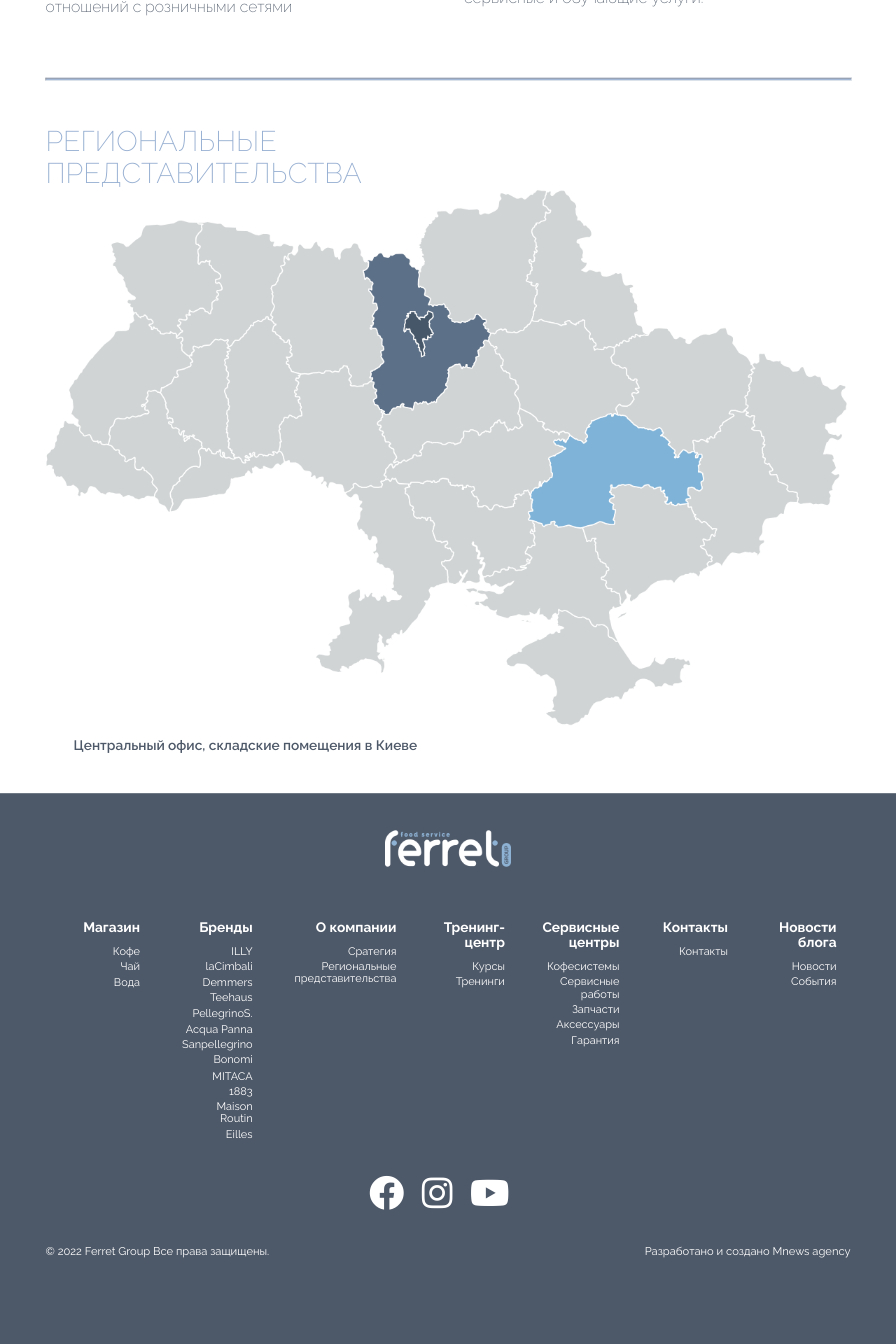
Repository: fanbear/ferret
Page: about.html
The author's editor kept a copy of each file at every save. The page is drawn from the files as they stood at one save, then again after the next save.
The browser window is 1280 px wide. The pictures show the part of the page from y = 1323 to 3243 px (the page is 3243 px tall), at 70% of full size.

Above is the page before, as saved 2022-02-03 14:09:22.

### about.html
<!DOCTYPE html>
<html lang="en">

<head>
    <meta charset="UTF-8">
    <meta http-equiv="X-UA-Compatible" content="IE=edge">
    <meta name="viewport" content="width=device-width, initial-scale=1.0">
    <title>Document</title>
    <link preload
        href="https://fonts.googleapis.com/css2?family=Raleway:ital,wght@0,100;0,200;0,300;0,400;0,500;0,600;0,700;0,800;1,100;1,200;1,300;1,400;1,500;1,600;1,700&display=swap"
        rel="stylesheet">

    <link rel="stylesheet" href="./css/normalize.css">
    <link rel="stylesheet" href="./css/critical.css">
    <link rel="stylesheet" href="./css/media.css">

</head>

<body>
    <header class="flex-container main__header">
        <div class="flex-row">
            <div class="main__header-wrapper">
                <div class="header__wrapper-logo">
                    <a href=""><img src="./img/logotype.png" alt="ferretGroup" width="180" height="52"></a>
                </div>
                <nav class="header__wrapper-menu">
                    <ul>
                        <li><a href="#">Магазин</a></li>
                        <li><a href="#">Бренды</a></li>
                        <li class="active"><a href="#">О компании</a></li>
                        <li><a href="#">Тренинг-центр</a></li>
                        <li><a href="#">Сервисные центры</a></li>
                        <li><a href="#">Контакты</a></li>
                        <li><a href="#">Новости</a></li>
                    </ul>
                </nav>
                <div class="header__wrapper-actions">
                    <div class="wrapper__actions-search">
                        <a href="#"><img src="./img/search.png" alt="Поиск" width="28" height="28"></a>
                    </div>
                    <div class="wrapper__actions-language">
                        <a href="#">En</a>
                        <a class="active" href="#">Ua</a>
                    </div>
                    <div class="wrapper__actions-busket">
                        <img src="./img/basket.png" alt="корзина" width="28" height="25">
                        <span>1</span>
                    </div>
                </div>
            </div>
        </div>
    </header>
    <main class="flex-container main__content">
        <section class="about__head" style="background-image: url('./img/about-bg.webp');">
            <div class="flex-row">
                <div class="about__head-title">
                    <h1>
                        <span>О КОМПАНИИ</span>
                        <strong>Ferret Group</strong>
                        <hr>
                    </h1>
                </div>
                <div class="about__head-desc">
                    ООО «Феррет Груп» – профессиональная сервисная компания
                    предоставляющая оптимальный бизнес-комплекс, который включает в себя всемирно-известные бренды.
                </div>
            </div>
        </section>
        <section class="about__body">
            <div class="flex-row">
                <div class="breadcrumbs">
                    <ul>
                        <!-- Breadcrumb NavXT 7.0.2 -->
                        <li class="home post post-page">
                            <a title="Перейти к web-heaven." href="#">Главная</a>
                        </li>
                        <li class="post post-page current-item">
                            <span class="post post-page current-item">О компании</span>
                        </li>
                    </ul>
                </div>
                <div class="about__body-desc">
                    <div class="about__desc-item">
                        <h2>СТРАТЕГИЯ</h2>
                        <p>Долгосрочное партнерство и взаимовыгодное сотрудничество в сегментах КаБаРе и Офисов по
                            направлению премиальных
                            продуктов: кофе, чай и минеральные воды. Работа в сегменте Ритейл, путем построения
                            долгосрочных и прозрачных отношений
                            с розничными сетями</p>
                    </div>
                    <div class="about__desc-item">
                        <h2>КОНЦЕПЦИЯ</h2>
                        <p>«Феррет Груп» предоставляет оптимальный бизнес-комплекс, который включает в себя
                            всемирно-известные бренды: illy,
                            S.Pellegrino, Acqua Panna, la Cimbali, Althaus, а также сопутствующие сервисные и обучающие
                            услуги.</p>
                    </div>
                </div>
                <hr class="about__body-line">
                <div class="about__body-map">
                    <div class="about__map-title">РЕГИОНАЛЬНЫЕ
                        ПРЕДСТАВИТЕЛЬСТВА</div>
                    <div class="about__map-img">
                        <img src="./img/map.png" alt="РЕГИОНАЛЬНЫЕ ПРЕДСТАВИТЕЛЬСТВА ferretGroup">
                    </div>
                    <div class="about__map-desc">
                        <ul>
                            <li>Центральный офис, складские помещения в Киеве</li>
                            <li>Региональный офис</li>
                            <li>Дистрибьюторская сеть во всех крупных населенных
                                пунктах Украины</li>
                        </ul>
                    </div>
                </div>
            </div>
        </section>
    </main>
    <footer class="flex-containe main__footer">
        <div class="flex-row">
            <div class="main__footer-logotype"><img src="./img/logotype.png" alt="ferretGroup" width="180" height="52">
            </div>
            <div class="main__footer-menu">
                <div class="footer__menu-item">
                    <div class="footer__menu-item__title">Магазин</div>
                    <ul class="footer__menu-item__list">
                        <li><a href="#">Кофе</a></li>
                        <li><a href="#">Чай</a></li>
                        <li><a href="#">Вода</a></li>
                    </ul>
                </div>
                <div class="footer__menu-item">
                    <div class="footer__menu-item__title">Бренды</div>
                    <ul class="footer__menu-item__list">
                        <li><a href="#">ILLY</a></li>
                        <li><a href="#">laCimbali</a></li>
                        <li><a href="#">Demmers</a></li>
                        <li><a href="#">Teehaus</a></li>
                        <li><a href="#">Pellegrino</a>S.</li>
                        <li><a href="#">Acqua Panna</a></li>
                        <li><a href="#">Sanpellegrino</a></li>
                        <li><a href="#">Bonomi</a></li>
                        <li><a href="#">MITACA</a></li>
                        <li><a href="#">1883</a></li>
                        <li><a href="#">Maison Routin</a></li>
                        <li><a href="#">Eilles</a></li>
                    </ul>
                </div>
                <div class="footer__menu-item">
                    <div class="footer__menu-item__title">О компании</div>
                    <ul class="footer__menu-item__list">
                        <li><a href="#">Сратегия</a></li>
                        <li><a href="#">Региональные представительства</a></li>
                    </ul>
                </div>
                <div class="footer__menu-item">
                    <div class="footer__menu-item__title">Тренинг-центр</div>
                    <ul class="footer__menu-item__list">
                        <li><a href="#">Курсы</a></li>
                        <li><a href="#">Тренинги</a></li>
                    </ul>
                </div>
                <div class="footer__menu-item">
                    <div class="footer__menu-item__title">Сервисные центры</div>
                    <ul class="footer__menu-item__list">
                        <li><a href="#">Кофесистемы</a></li>
                        <li><a href="#">Сервисные работы</a></li>
                        <li><a href="#">Запчасти</a></li>
                        <li><a href="#">Аксессуары</a></li>
                        <li><a href="#">Гарантия</a></li>
                    </ul>
                </div>
                <div class="footer__menu-item">
                    <div class="footer__menu-item__title">Контакты</div>
                    <ul class="footer__menu-item__list">
                        <li><a href="#">Контакты</a></li>
                    </ul>
                </div>
                <div class="footer__menu-item">
                    <div class="footer__menu-item__title">Новости блога</div>
                    <ul class="footer__menu-item__list">
                        <li><a href="#">Новости</a> </li>
                        <li><a href="#">События</a></li>
                    </ul>
                </div>
            </div>
            <div class="main__footer-social">
                <a href="#"><i class="fab fa-facebook"></i></a>
                <a href="#"><i class="fab fa-instagram"></i></a>
                <a href=""><i class="fab fa-youtube"></i></a>
            </div>
            <div class="main__footer-bottom">
                <div class="footer__bottom-item"><a href="#">© 2022 Ferret Group Все права защищены.</a></div>
                <div class="footer__bottom-item"><a href="#">Разработано и создано Mnews agency</a></div>
            </div>
        </div>



        <link rel="stylesheet" href="./css/main.css">
        <link rel="stylesheet" type="text/css" href="./css/slick.css" />
        <link preload rel="stylesheet" href="https://use.fontawesome.com/releases/v5.15.4/css/all.css"
            integrity="sha384-DyZ88mC6Up2uqS4h/KRgHuoeGwBcD4Ng9SiP4dIRy0EXTlnuz47vAwmeGwVChigm" crossorigin="anonymous">
        <script src="https://code.jquery.com/jquery-3.6.0.min.js"
            integrity="sha256-/xUj+3OJU5yExlq6GSYGSHk7tPXikynS7ogEvDej/m4=" crossorigin="anonymous"></script>
        <script src="https://ajax.googleapis.com/ajax/libs/jquery/1.12.3/jquery.min.js"></script>
        <script type="text/javascript" src="./js/slick.min.js"></script>

        <script src="./js/main.js"></script>
        <script>
            $(document).ready(function () {
                $('').slick({
                    slidesToShow: 1,
                    slidesToScroll: 1,
                    rows: 3,
                    slidesPerRow: 3,
                    // autoplay: true,
                    infinite: false,
                    autoplaySpeed: 2000,
                    prevArrow: "<button type='button' class='slick-prev pull-left'><span class='btn-arrow'></span></button>",
                    nextArrow: "<button type='button' class='slick-next pull-left'><span class='btn-arrow'></button>",
                });
            });
        </script>
    </footer>

</body>

</html>

### css/main.css
/* Стрелка в кнопках */
.btn-arrow {
    width: 56px;
    background: white;
    height: 2px;
    display: flex;
    margin-left: 12px;
    position: relative;
}

.btn-arrow::before {
    content: '';
    display: block;
    width: 10px;
    height: 2px;
    background: inherit;
    right: -1px;
    position: absolute;
    transform: rotate(45deg);
    top: -3px;
}

.btn-arrow::after {
    content: '';
    display: block;
    width: 10px;
    height: 2px;
    background: inherit;
    right: -1px;
    position: absolute;
    transform: rotate(-45deg);
    top: 3px;
}

/* Портфолио */
.main__text {
    height: 90px;
    width: 100%;
    background-color: #4d5868;
    display: flex;
    align-items: center;
}

.main__text-item {
    font-size: 2.4em;
}

.main__text-link {
    margin-top: 30px;
    border: 1px solid white;
    border-radius: 10px;
    padding: 13px 45px 11px 50px;
    max-width: 400px;
    margin: 0 auto;
}

.main__text-link a {
    font-size: 1.45em;
    display: flex;
    align-items: center;
}

.briefcase__item {
    background-size: cover;
    background-repeat: no-repeat;
    background-position: center;
    padding: 228px 0 172px 0;
}

.briefcase__item-right {
    display: flex;
    align-items: flex-end;
    flex-direction: column;
    margin: 0 right;
}

.briefcase__item-left {
    display: flex;
    align-items: flex-start;
    flex-direction: column;
    margin: 0 right;
}

.briefcase__item-title {
    font-size: 3.59em;
    font-weight: 600;
}

.briefcase__item-text {
    margin-top: 10px;
    font-size: 1.8em;
    max-width: 490px;
}

.briefcase__item-link {
    margin-top: 30px;
    border: 1px solid white;
    border-radius: 10px;
    padding: 16px 12px 12px 16px;
}

.briefcase__item-left .briefcase__item-link {
    margin-top: 60px;
}

.briefcase__item-link a {
    font-size: 1.45em;
    display: flex;
    align-items: center;
    font-weight: 700;
}

/* Про компанию */
.about {
    background-color: #8fb2d5;
}

.about__wrapper-item {
    display: flex;
    justify-content: space-between;
    flex: wrap;
}

.about__wrapper-text {
    flex: 1 1 50%;
    margin-right: 15px;
    padding: 85px 0 36px 0;
}

.about__wrapper-img {
    flex: 1 1 50%;
    margin-left: 15px;
    background-size: cover;
    background-repeat: no-repeat;
}


.about__wrapper-title {
    font-size: 2.4em;
    font-weight: bold;
    text-transform: uppercase;
}

.about__wrapper-desc {
    margin: 75px 0 46px 80px;
    font-size: 1.8em;
    color: #000000;
    font-weight: 300;
    word-break: break-all;
}

.about__wrapper-link {
    display: flex;
}

.about__wrapper-link a {
    border: 1px solid white;
    border-radius: 10px;
    padding: 24px 16px 18px 22px;
    display: flex;
    align-items: center;
    font-size: 1.8em;
    font-weight: 600;
}

/* Новости блога */
.blog__news {
    padding-top: 80px;
    padding-bottom: 120px;
}

.blog__news-text {
    display: flex;
    justify-content: space-between;
    align-items: center;
    margin-bottom: 43px;
}

.news-text__title {
    font-size: 2.3em;
    font-weight: 700;
    color: #4d5868;
    text-transform: uppercase;
}

.news-text__link a {
    color: #8fb2d5;
    font-size: 1.2em;
    display: flex;
    align-items: center;
}

.news-text__link span {
    background: #8fb2d5;
}

.slider__item {
    display: flex;
    flex-direction: column;
    align-items: center
}

.slider__item-image {
    width: 100%;
    height: 267px;
    display: flex;
    background-size: cover;
    background-repeat: no-repeat;
    background-position: center;
}

.slider__item-title {
    height: 115px;
    display: flex;
    align-items: center;
    padding: 0 20px;
    background: #4d5868;
    box-sizing: border-box;
    font-size: 1.2em;
    font-weight: 700;
    margin-top: -1px;
    /* word-break: break-all; */
}

.slider__item-text {
    height: 150px;
    border: 1px solid #4d5868;
    border-radius: 0 0px 10px 10px;
    box-sizing: border-box;
    padding: 10px 20px 0 20px;
    display: flex;
    flex-direction: column;
    justify-content: space-between;
    /* word-break: break-all; */
}

.slider__item-text p {
    color: #000000;
    font-size: 1.2em;
    font-weight: 300;
    margin: 0;
}

.slider__item-text-link {
    margin: 15px 0;

}

.slider__item-text-link a {
    height: 15px;
    display: flex;
    align-items: center;
}

.slider__item-text-link a span {
    background: #8fb2d5;
    margin: 0;

}

.blog__news-slider .slick-slide {
    margin: 0 15px;
}

.blog__news-slider .slick-list {
    margin: 0 -15px !important;
}

.blog__news-slider .slick-prev,
.blog__news-slider .slick-next {
    border: 0;
    position: absolute;
    top: calc(50% - 22px);
    height: 43px;
    width: 63px;
    background: #8fb2d5;
    display: flex;
    justify-content: center;
    align-items: center;
    z-index: 1;
    cursor: pointer;
}

.blog__news-slider .slick-prev {
    border-radius: 0 10px 10px 0;
}

.blog__news-slider .slick-next {
    right: 0;
    border-radius: 10px 0 0 10px;
}

.blog__news-slider .slick-prev span {
    margin: 0;
    transform: rotate(180deg);
}

.blog__news-slider .slick-next span {
    marign: 0;
}

/* Footer */
.main__footer {
    background: #4d5868;
    padding-bottom: 125px;
}

.main__footer-logotype {
    margin: 53px auto 73px auto;
}

.main__footer-menu {
    display: flex;
    justify-content: space-between;
}

.footer__menu-item {
    flex: 1 1 calc(100% / 7);
    padding-right: 20px;
}

.footer__menu-item__title {
    font-size: 1.4em;
    font-weight: bold;
    text-align: right;
}

.footer__menu-item__list li {
    list-style: none;
    text-align: right;
    font-size: 1.12em;
    margin-bottom: 5px;
}

.main__footer-social {
    display: flex;
    justify-content: center;
    align-items: center;
    margin-top: 35px;
    margin-bottom: 50px;
}

.main__footer-social a {
    margin-right: 25px;

}

.main__footer-social a i {
    font-size: 50px;
}

.main__footer-bottom {
    display: flex;
    justify-content: space-between;
    align-items: center;
}

.footer__bottom-item a {
    font-size: 1.14em;
}


/* Шаблон страницы бренда */
.brand__product-filter {
    margin-top: 90px;
    margin-bottom: 76px;
    display: flex;
    flex-wrap: wrap;
    margin-left: -33px;
    margin-right: -33px;
}

.filter__item {
    flex: 1 1 calc(100% / 3 - 66px);
    margin: 23px 33px;
    height: 105px;
    overflow-y: hidden;
    border-bottom: 1px solid #4d5868;
    transition: 0.3s ease-out;
}

.filter__item-title a {
    font-size: 1.8em;
    color: #4d5868;
    font-weight: 200;
}

.filter__item-active {
    border-bottom: 1px solid #98b0d2;
}

.filter__item-active a {
    color: #98b0d2;
    font-weight: 400;
    transition: 0.3s ease-out;
}

.filter__item:hover .filter__item-title a {
    color: #98b0d2;
    transition: 0.3s ease-in;
}

.filter__item:hover {
    border-bottom: 1px solid #98b0d2;
    transition: 0.3s ease-in;
}

.product__group-title {
    display: flex;
    justify-content: space-between;
    align-items: center;
}

.product__group-btn__all {
    color: #4d5868;
    font-size: 1.4em;
    font-weight: 500;
    cursor: pointer;
    border-bottom: 1px solid transparent;
    transition: 0.4s;
}

.product__group-btn__all:hover {
    border-bottom: 1px solid #4d5868;
    transition: 0.4s;
}

.product__group-title h2 {
    color: #4d5868;
    font-size: 2.3em;
    font-weight: 500;
    margin-bottom: 40px;
}

.brand__product-wrapper {
    padding-bottom: 117px;
}

.product__group {
    display: flex !important;
    flex-wrap: wrap;
    max-height: calc(362px * 3 + 90px);
    height: auto;
    overflow-y: hidden;
    margin: 0 -15px;
}

.group__item-product {
    width: calc(100% / 3 - 30px);
    margin: 15px 15px;
    height: 362px;
    display: flex;
    justify-content: center;
    align-items: center;
    border-radius: 10px;
    border: 1px solid #8fb2d5;
    box-sizing: border-box;
    position: relative;
    animation: product-unhover 0.8s;
}

.group__item-product-hide {
    display: none;
}

.group__item-product-show {
    display: flex;
    animation: product-show 0.8s;
}

.group__item-product img {
    width: 100%;
}

.group__item-product span {
    position: absolute;
    bottom: 0;
    width: 0;
    background: #4d5868;
    height: 1px;
    width: 0;
    display: block;
    animation: product-unhover-span 0.4s;
}

.group__item-product:hover {
    border: 1px solid transparent;
    border-radius: 0;
    animation: product-hover 0.4s;
}

.group__item-product:hover span {
    width: 100%;
    animation: product-hover-span 0.8s;
}

@keyframes product-hover {
    0% {
        border-radius: 10px;
        border: 1px solid #8fb2d5;
    }

    50% {
        border-radius: 5px;
        border: 1px solid #c3dcf5;
    }

    100% {
        border-radius: 0;
        border: 1px solid transparent;
    }
}

@keyframes product-unhover {
    0% {
        border-radius: 0;
        border: 1px solid transparent;
    }

    50% {
        border-radius: 5px;
        border: 1px solid #c3dcf5;
    }

    100% {
        border-radius: 10px;
        border: 1px solid #8fb2d5;
    }
}

@keyframes product-hover-span {
    0% {
        width: 0;
    }

    100% {
        width: 100%;
    }
}

@keyframes product-unhover-span {
    0% {
        width: 100%;
    }

    100% {
        width: 0;
    }
}

@keyframes product-show {
    0% {
        transform: scale(0.2);
    }

    100% {
        transform: scale(1);
    }
}

.brand__product-more {
    color: #4d5868;
    font-size: 1.3em;
    display: none;
    width: 200px;
    justify-content: center;
    align-items: center;
    border: 1px solid #4d5868;
    padding: 15px;
    margin: 25px auto;
    cursor: pointer;
}

.brand__product-more__show {
    display: flex;
}

/* О нашей компании */
.about__body-desc {
    display: flex;
    justify-content: space-between;
    align-items: center;
}

.about__desc-item {
    display: flex;
    flex-direction: column;
    flex: 0 0 48%;
    margin-bottom: 90px;
}

.about__desc-item h2 {
    color: #98b0d2;
    font-size: 2.9em;
    font-weight: 400;
    margin: 0 0 24px 0;
}

.about__desc-item p {
    font-size: 1.6em;
    color: #4d5868;
    margin: 0;
    font-weight: 200;
}

.about__body-line {
    margin: 0;
    height: 2px;
    width: 100%;
    background-color: #98b0d2;
}

.about__body-map {
    display: flex;
    flex-direction: column;
    margin-top: 65px;
}

.about__map-title {
    font-size: 2.9em;
    color: #98b0d2;
    font-weight: 200;
    max-width: 45%;
}

.about__map-desc ul li {
    font-size: 1.4em;
    list-style: none;
    font-weight: 200;
}

.about__map-desc ul li:nth-child(1) {
    color: #4d5868;
    font-weight: 600;
}

Loaded but not shown: css/normalize.css (library); css/slick.css (common file); js/slick.min.js (library); js/main.js (131 lines, source omitted); css/critical.css (374 lines, source omitted); css/media.css (no stored copy; drawn as an empty file)

After the next save:
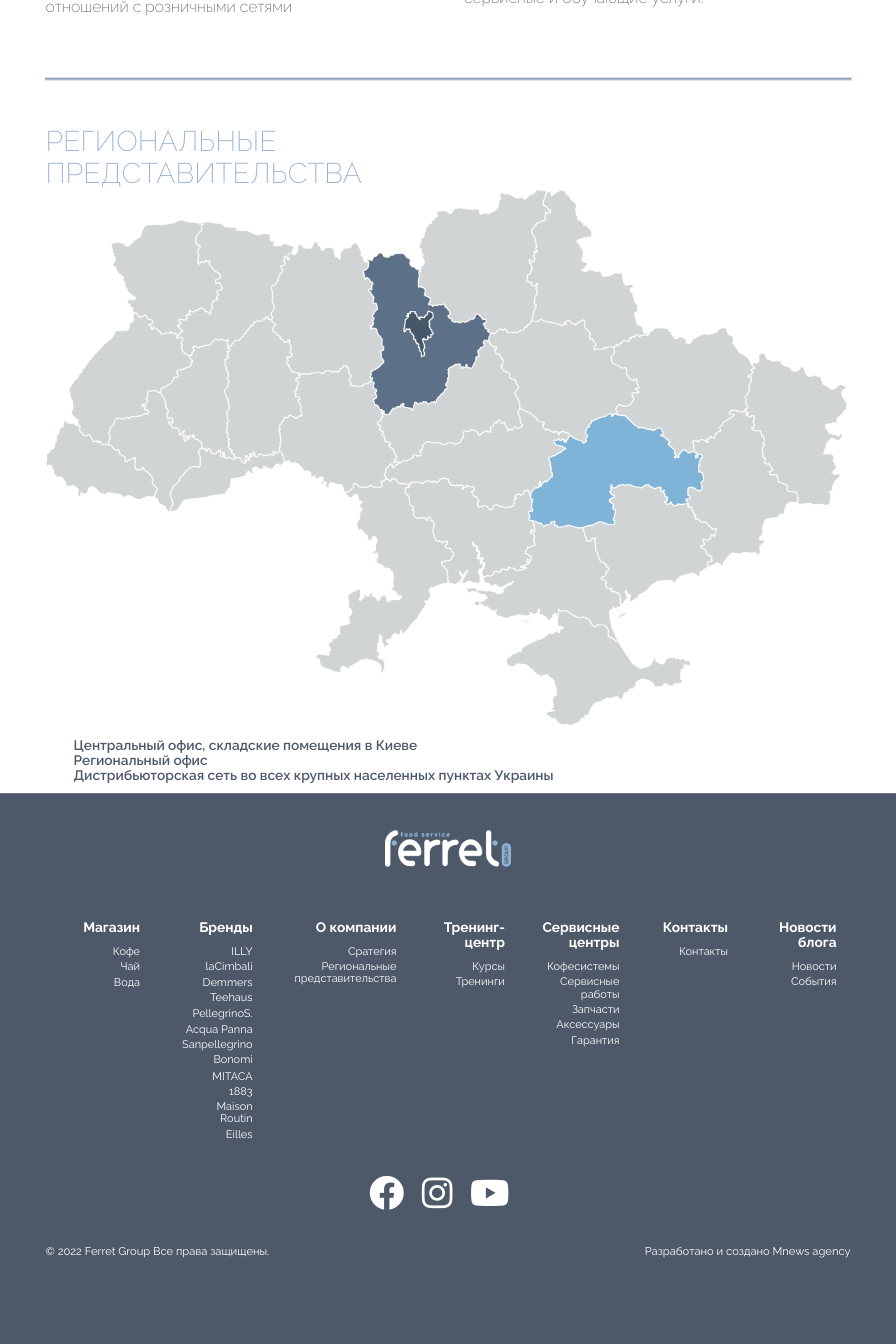
Saved 55 s later.
--- a/css/main.css
+++ b/css/main.css
@@ -627,9 +627,20 @@
     font-size: 1.4em;
     list-style: none;
     font-weight: 200;
+    color: #4d5868;
 }
 
 .about__map-desc ul li:nth-child(1) {
     color: #4d5868;
     font-weight: 600;
 }
+
+.about__map-desc ul li:nth-child(2) {
+    color: #4d5868;
+    font-weight: 600;
+}
+
+.about__map-desc ul li:nth-child(3) {
+    color: #4d5868;
+    font-weight: 600;
+}
